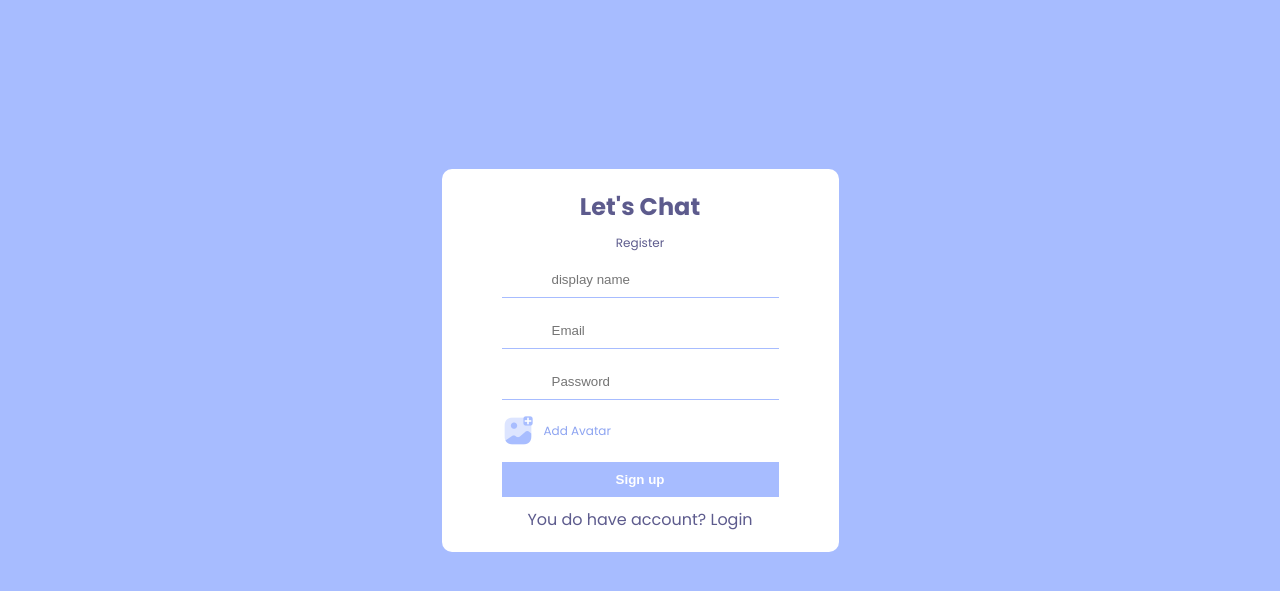
Repository: shikubro90/chatapp
Page: /
An editor plug-in stored every save of this project. The page is shown before and after a run of saves, followed by the edit.
The browser window is 1280 px wide. The pictures show the whole page.
The project was rebuilt for these pictures with package versions that can differ from the ones it lists, and the page was loaded fresh each time.

Above is the page before, as saved 2022-09-08 16:10:26.

### src/App.js
import './App.css';
import Register from './pages/Register';
import './style.scss'

function App() {
  return (
    <div className="App">
      <Register/>
    </div>
  );
}

export default App;

### src/App.css
@import url(https://fonts.googleapis.com/css?family=Poppins:100,100italic,200,200italic,300,300italic,regular,italic,500,500italic,600,600italic,700,700italic,800,800italic,900,900italic);



*{
  margin: 0;
  padding: 0;
}

body,html{
  font-family: "Poppins", sans-serif, system-ui, -apple-system, BlinkMacSystemFont, 'Segoe UI', Roboto, Oxygen, Ubuntu, Cantarell, 'Open Sans', 'Helvetica Neue', sans-serif;
  box-sizing: border-box;
}


/* .App {
  text-align: center;
}

.App-logo {
  height: 40vmin;
  pointer-events: none;
}

@media (prefers-reduced-motion: no-preference) {
  .App-logo {
    animation: App-logo-spin infinite 20s linear;
  }
}

.App-header {
  background-color: #282c34;
  min-height: 100vh;
  display: flex;
  flex-direction: column;
  align-items: center;
  justify-content: center;
  font-size: calc(10px + 2vmin);
  color: white;
}

.App-link {
  color: #61dafb;
}

@keyframes App-logo-spin {
  from {
    transform: rotate(0deg);
  }
  to {
    transform: rotate(360deg);
  }
} */

### src/pages/Register.jsx
import Add from '../img/addAvatar.png'

const Register = () => {
  return (
    <div className='formContainer'>
        <div className="formWrapper">

            <span className='logo'>Let's Chat</span>
            <span className='title'>Register</span>

            <form action="">
                <input type="text" placeholder='display name' />
                <input type="email" placeholder='Email'/>
                <input type="password" placeholder='Password'/>
                <input type="file" style={{display:"none"}} id="file" />
                <label htmlFor="file">
                  <img src={Add} alt="" />
                  <span>Add Avatar</span>
                </label>
                <button>Sign up</button>
            </form>

            <p>You do have account? Login</p>

        </div>
    </div>
  )
}

export default Register

### src/style.scss
.formContainer{
    background-color: #a7bcff;
    height: 100vh;
    display: flex;
    align-items: center;
    justify-content: center;

    .formWrapper{

        background-color: white;
        padding: 20px 60px;
        border-radius: 10px;
        display: flex;
        flex-direction: column;
        gap: 10px;
        align-items: center;

        form{

            display: flex;
            flex-direction: column;
            gap: 15px;

            input{
                padding: 10px 50px;
                border: none;
                border-bottom: 1px solid #a7bcff;
                outline: none;
            }&::placeholder{
                color: rgba(175, 175, 175);
            }

            button{
                background-color: #a7bcff;
                color: white;
                padding: 10px;
                font-weight: bold;
                border: none;
                cursor: pointer;
            }

            label{
                display: flex;
                align-items: center;
                color: #8da4f1;
                gap: 10px;
                font-size: 12px;
                cursor: pointer;

                img{
                    width: 32px;
                }
            }
        }

        p{
            color: #5d5b8d;

        }

        .logo{
            color: #5d5b8d;
            font-weight: bold;
            font-size: 24px;
        }

        .title{
            color: #5d5b8d;
            font-size: 12px;
        }
    }
}

Loaded but not shown: src/index.js (common file)

After the next 7 saves:
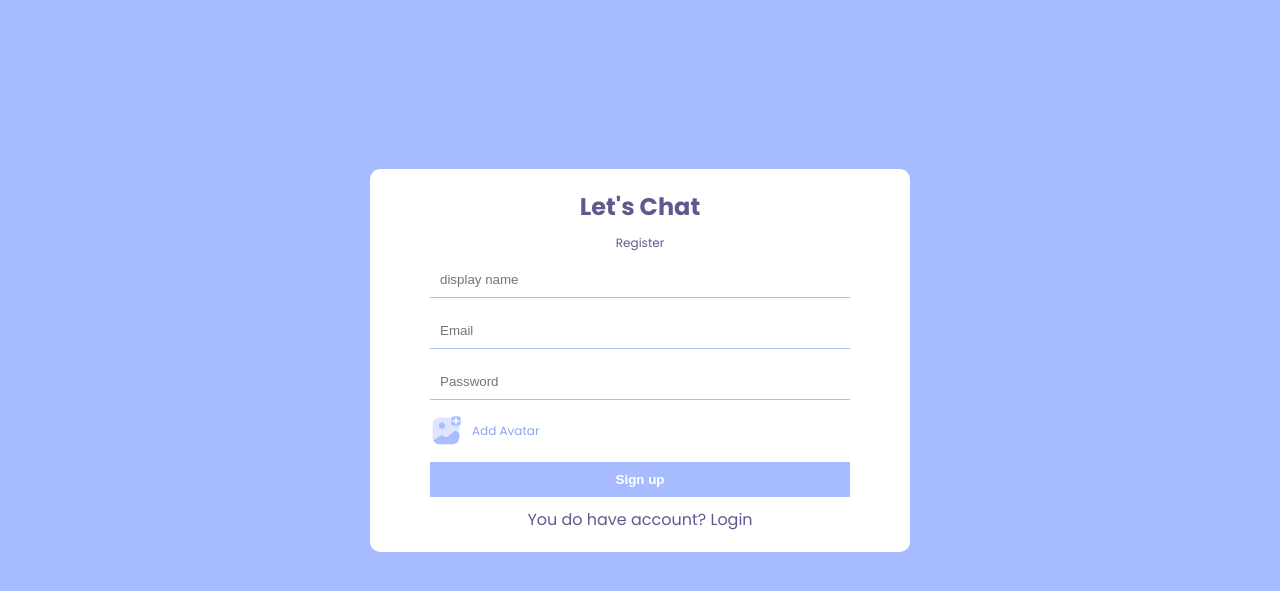
The 7 saves are shown as one change because 2 did not build or start and some came seconds apart.
The last was saved 71 s later.
--- a/src/style.scss
+++ b/src/style.scss
@@ -22,7 +22,8 @@
             gap: 15px;
 
             input{
-                padding: 10px 50px;
+                padding: 10px 10px;
+                min-width: 400px;
                 border: none;
                 border-bottom: 1px solid #a7bcff;
                 outline: none;
